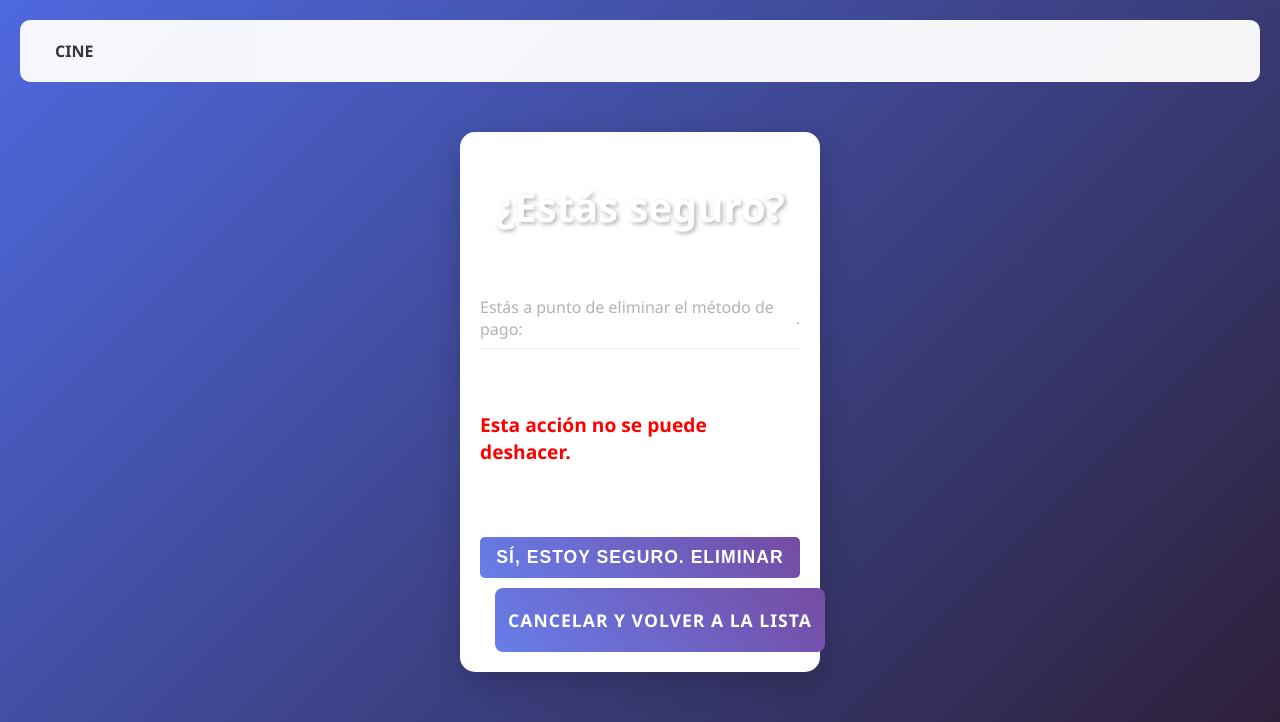
Repository: RoyScc/Practico-Django
Page: tickets/templates/tickets/borrar_metodo.html
An editor plug-in stored every save of this project. The page is shown before and after the next save, followed by the edit.
The browser window is 1280 px wide. The pictures show the whole page.
The page is served by the project's application, run on Django 5.2 (manage.py). Other server files are loaded and not shown. The template is opened directly, without the code that normally fills it, so the values that code supplies are empty.

Above is the page before, as saved 2026-05-14 00:09:31.

### tickets/templates/tickets/borrar_metodo.html
{% extends 'tickets/base.html' %}

{% block title %}Eliminar Método{% endblock %}

{% block body %}
<div class="cartelera">
    <div class="ticket-item">
        <h1>¿Estás seguro?</h1>

        <p>Estás a punto de eliminar el método de pago: <strong>{{ metodo.nombre }}</strong>.</p>
        <p style="color: red;">Esta acción no se puede deshacer.</p>

        <!-- Formulario de confirmación de borrado -->
        <form method="POST">
            {% csrf_token %}
            <button type="submit" style="padding: 10px; background-color: red; color: white; border: none; border-radius: 5px; cursor: pointer;">Sí, estoy seguro. Eliminar</button>
            <a class="button" href="{% url 'lista_metodos' %}" style="margin-left: 15px; text-decoration: none;">Cancelar y volver a la lista</a>
        </form>
    </div>

</div>

{% endblock %}

### tickets/templates/tickets/base.html
{% load static %}

<!DOCTYPE html>
<html lang="en">
<head>
    <meta charset="UTF-8">
    <meta name="viewport" content="width=device-width, initial-scale=1.0">
    <link rel="stylesheet" href="{% static 'tickets/styles.css' %}">
    <link rel="icon" href="templates/tickets/images/cine.png" type="image/png">
    <title>{% block title %} Tickets {% endblock %}</title>
</head>
<body>
    <nav className="navbar2">
        {% if request.resolver_match.url_name == 'cine' %}
            <a href="{% url 'lista_metodos' %}">Metodos</a>
        {% endif %}
        <a href="{% url 'cine' %}">Cine</a>
        {% if request.resolver_match.url_name == 'lista_metodos' %}
            <a href="{% url 'crear_metodo_pago' %}">Crear método de pago</a>
        {% endif %}
    </nav>

    {% block body %}{% endblock %}

</body>
</html>

### TicketERA/urls.py
"""
URL configuration for TicketERA project.

The `urlpatterns` list routes URLs to views. For more information please see:
    https://docs.djangoproject.com/en/6.0/topics/http/urls/
Examples:
Function views
    1. Add an import:  from my_app import views
    2. Add a URL to urlpatterns:  path('', views.home, name='home')
Class-based views
    1. Add an import:  from other_app.views import Home
    2. Add a URL to urlpatterns:  path('', Home.as_view(), name='home')
Including another URLconf
    1. Import the include() function: from django.urls import include, path
    2. Add a URL to urlpatterns:  path('blog/', include('blog.urls'))
"""
from django.contrib import admin
from django.urls import path, include

urlpatterns = [
    path('admin/', admin.site.urls),
    path('', include("tickets.urls"))
]

### tickets/urls.py
from django.urls import path, include

from . import views

urlpatterns = [
    # path('', views.index, name="index"),
    path('cine/', views.cine, name="cine"),
    path('tickets/', views.tickets, name="tickets"),
    path('metodos/', views.lista_metodos_pago, name="lista_metodos"),
    path('metodos/crear', views.crear_metodo_pago, name="crear_metodo_pago"),
    path('metodos/editar/<int:id>/', views.editar_metodo, name="editar_metodo"),
    path('metodos/borrar/<int:id>/', views.borrar_metodo, name="borrar_metodo"),
]

### tickets/static/tickets/styles.css
/* Estilos generales para la página */
body {
    font-family: 'Segoe UI', Tahoma, sans-serif;
    background: linear-gradient(135deg, #4e69df 0%, #2d203a 100%);
    min-height: 100vh;
    margin: 0;
    padding: 20px;
    gap: 20px;
    display: flex;
    flex-direction: column;
    box-sizing: border-box;
    flex: 1;
}

nav{
    justify-content: space-around;
    background: white;
    opacity: 0.95;
    margin: 0;
    padding: 10px 20px;
    border-radius: 10px;

}

.navbar {
    display: flex;
    justify-content: flex-end;
    align-items: center;
}

a {
    display: inline-block;
    color: #333;
    text-decoration: none;
    font-weight: bold;
    padding: 10px 15px;
    border-radius: 5px;
    transition: background 0.3s ease;
    text-transform: uppercase;
    /*background: #686666;*/
}

a:hover {
    background: #667eea;
    color: white;
}


h1, h4 {
    color: white;
    text-align: center;
    margin-bottom: 30px;
    text-shadow: 2px 2px 4px rgba(0,0,0,0.3);
}

h1 {
    font-size: 2.5rem;
    margin-bottom: 10px;
}

h4 {
    font-size: 1.2rem;
    opacity: 0.9;
}

.cartelera {
    display: flex;
    flex-wrap: wrap;
    justify-content: center;
    gap: 40px;
    padding: 30px;
}
.ticket-item {
    background: white;
    border-radius: 15px;
    padding: 20px;

    display: flex;
    flex-direction: column;
    justify-content: space-between;

    width: 320px;
    min-height: 500px;

    box-shadow: 0 10px 30px rgba(0,0,0,0.2);

    transition: transform 0.3s ease;
}

.ticket-item:hover {
    transform: translateY(-5px);
}

.ticket-item a {
    display: inline-block;
    margin-top: 10px;
}

.form {
    display: block;
    margin-top: 0em;
    unicode-bidi: isolate;
}

/* Tablet
@media (max-width: 768px) {
    .cartelera {
        gap: 15px;
        padding: 15px;
    }
}*/

/* Mobile
@media (max-width: 480px) {
    .cartelera {
        gap: 10px;
        padding: 10px;
    }

    .ticket-item {
        width: 100%;
        max-width: 300px;
    }
}*/

h3 {
    color: #fdfdfd;
    font-size: 1.5rem;
    margin-bottom: 20px;
    text-align: center;
    border-bottom: 3px solid #667eea;
    padding-bottom: 10px;
}

.h3 {
    color: #000000;
    font-size: 1.5rem;
    margin-bottom: 20px;
    text-align: center;
    border-bottom: 3px solid #667eea;
    padding-bottom: 10px;
}

p {
    color: #b3b3b3;
    font-size: 1rem;
    margin: 10px 0;
    padding: 8px 0;
    border-bottom: 1px solid #eee;
    display: flex;
    justify-content: space-between;
    align-items: center;
}

p:last-of-type {
    border-bottom: none;
    font-weight: bold;

    font-size: 1.2rem;
}

.pcartelera {
    color: #070202;
    font-size: 1rem;
    margin: 10px 0;
    padding: 8px 0;
    border-bottom: 1px solid #eee;
    display: flex;
    justify-content: space-between;
    align-items: center;
}

button {
    width: 100%;
    background: linear-gradient(45deg, #667eea, #764ba2);
    color: white;
    border: none;
    padding: 20px 20px;
    font-size: 1.1rem;
    font-weight: bold;
    border-radius: 8px;
    cursor: pointer;
    margin-top: 20px;
    transition: all 0.3s ease;
    text-transform: uppercase;
    letter-spacing: 1px;
}

button:hover {
    background: linear-gradient(45deg, #5a6fd8, #6a4190);
    transform: scale(1.05);
    box-shadow: 0 5px 15px rgba(102, 126, 234, 0.4);
}

.button {
    width: 100%;
    background: linear-gradient(45deg, #667eea, #764ba2);
    color: white;
    border: none;
    padding: 20px 5px;
    font-size: 1.1rem;
    font-weight: bold;
    border-radius: 8px;
    text-align: center;
    cursor: pointer;
    margin-top: 10px;
    transition: all 0.3s ease;
    text-transform: uppercase;
    letter-spacing: 1px;
}

.button:hover {
    background: linear-gradient(45deg, #5a6fd8, #6a4190);
    transform: scale(1.05);
    box-shadow: 0 5px 15px rgba(102, 126, 234, 0.4);
}


.ticket {
    margin-bottom: 20px;
    padding: 20px;
    border-radius: 10px;
    box-shadow: 0 5px 15px rgba(0,0,0,0.1);
    space
}

button:active {
    transform: scale(0.98);
}

.fecha-icon::before {
content: '📅 ';
margin-right: 8px;
font-weight: bold;
}

.ubicacion-icon::before {
    content: '📍';
    margin-right: 8px;
    font-weight: bold;
}

.precio-icon::before {
    content: '💵 ';
    margin-right: 8px;
    font-weight: bold;
}
/*
.carousel {
    display: flex;
    gap: 20px;
    overflow-x: auto;
    padding: 20px;
    scroll-behavior: smooth;
}

.carousel::-webkit-scrollbar {
    height: 10px;
}

.carousel::-webkit-scrollbar-thumb {
    background: #667eea;
    border-radius: 10px;
}

.ticket-item {
    min-width: 250px;
    background: white;
    border-radius: 15px;
    padding: 15px;
    flex-shrink: 0;
    box-shadow: 0 4px 10px rgba(0,0,0,0.1);
    text-align: center;
}

.ticket-img {
    width: 100%;
    height: 300px;
    object-fit: cover;
    border-radius: 10px;
}

.ticket-empty {
    text-align: center;
    padding: 50px;
}*/

After the next save:
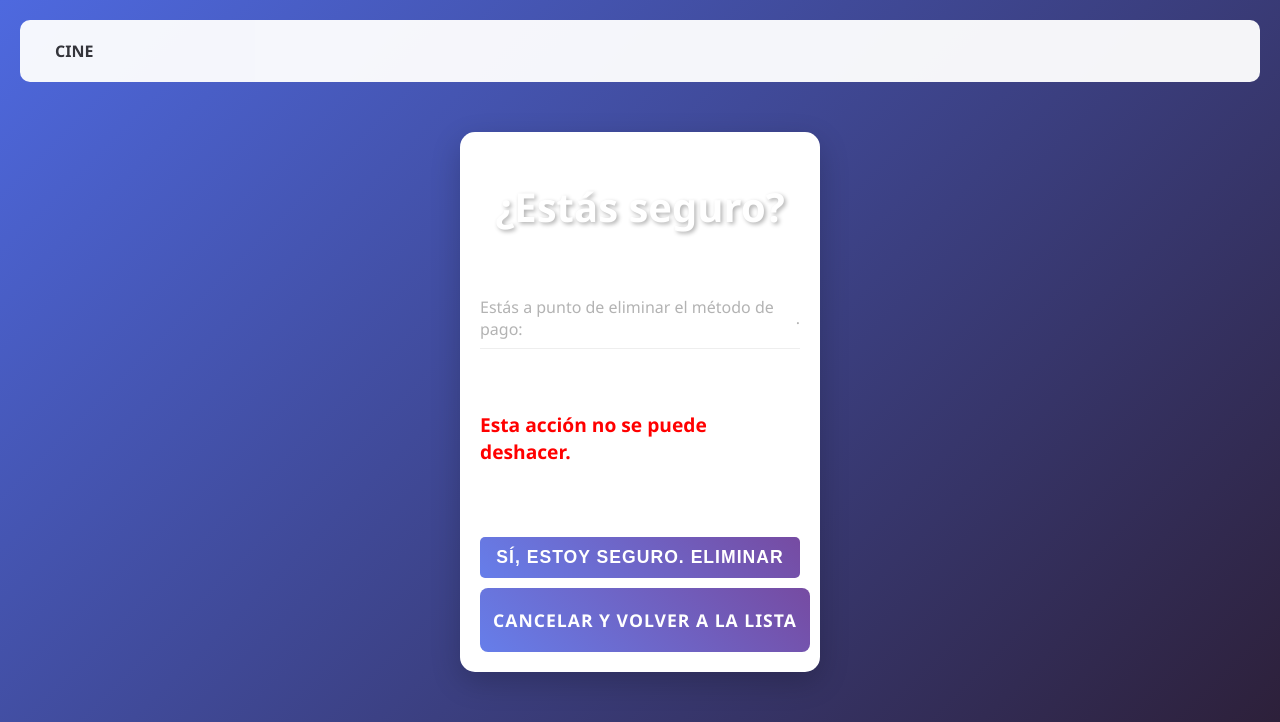
Saved 9 s later.
--- a/tickets/templates/tickets/borrar_metodo.html
+++ b/tickets/templates/tickets/borrar_metodo.html
@@ -14,7 +14,7 @@
         <form method="POST">
             {% csrf_token %}
             <button type="submit" style="padding: 10px; background-color: red; color: white; border: none; border-radius: 5px; cursor: pointer;">Sí, estoy seguro. Eliminar</button>
-            <a class="button" href="{% url 'lista_metodos' %}" style="margin-left: 15px; text-decoration: none;">Cancelar y volver a la lista</a>
+            <a class="button" href="{% url 'lista_metodos' %}">Cancelar y volver a la lista</a>
         </form>
     </div>
 
